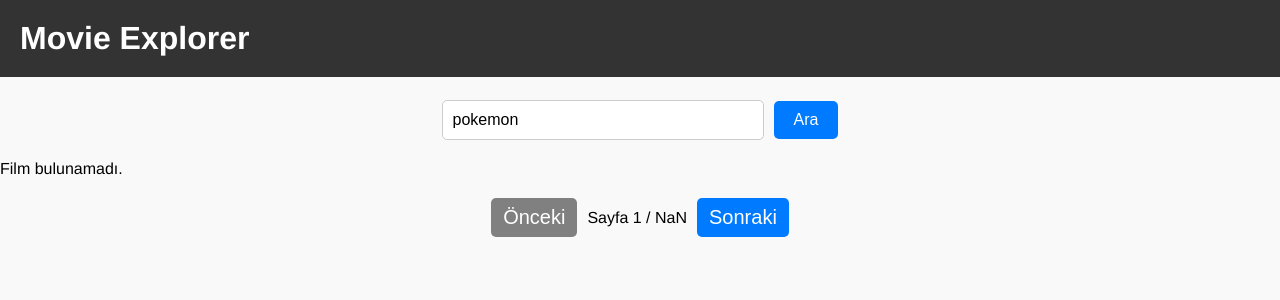
Repository: denizdizi/movie-explorer
Page: /
An editor plug-in stored every save of this project. The page is shown before and after the next save, followed by the edit.
The browser window is 1280 px wide. The pictures show the whole page.
The page's requests for data from a server got no answer. The project was rebuilt for these pictures with package versions that can differ from the ones it lists, and the page was loaded fresh each time. No one was signed in, and anything a server would have sent is missing. Also part of the build but not shown: src/App.css, src/components/MovieCard.js.

Above is the page before, as saved 2025-03-28 22:03:22.

### src/index.js
import React from 'react';
import ReactDOM from 'react-dom/client';
import './index.css';
import App from './App';
import reportWebVitals from './reportWebVitals';
import { Provider } from 'react-redux';
import store from "./store/store";

const root = ReactDOM.createRoot(document.getElementById('root'));
root.render(
  <Provider store={store}>
    <App />
  </Provider>
);

// If you want to start measuring performance in your app, pass a function
// to log results (for example: reportWebVitals(console.log))
// or send to an analytics endpoint. Learn more: https://bit.ly/CRA-vitals
reportWebVitals();

### src/App.js
import './App.css';
import React from "react";
import { BrowserRouter as Router, Routes, Route } from "react-router-dom";
import Home from "./pages/Home";
import "./styles/global.scss";

function App() {
  return (
    <Router>
      <Routes>
        <Route path="/" element={<Home />} />
        {/* <Route path="/movie/:id" element={<MovieDetails />} /> */}
      </Routes>
    </Router>
  );
}

export default App;

### src/store/store.js
import { createStore, applyMiddleware, combineReducers } from "redux";
import { thunk } from "redux-thunk";
import movieReducer from "./reducers";

const rootReducer = combineReducers({
  movies: movieReducer,
});

const store = createStore(rootReducer, applyMiddleware(thunk));

export default store;

### src/pages/Home.js
import React, { useEffect, useState } from "react";
import { useDispatch, useSelector } from "react-redux";
import { fetchMovies } from "../store/actions";
import { setPage } from "../store/actions";
import MovieList from "../components/MovieList";
import SearchBar from "../components/SearchBar";
import Pagination from "../components/Pagination";
import { TailSpin } from 'react-loader-spinner';

const Home = () => {
  const dispatch = useDispatch();
  const { movies } = useSelector((state) => state);

  useEffect(() => {
    console.log("Current page changed:", movies.currentPage);
    dispatch(fetchMovies("pokemon", movies.currentPage));
  }, [dispatch, movies.currentPage]);

  const handlePageChange = (newPage) => {
    dispatch(setPage(newPage));
  };

  return (
    <div>
      <h1 className="page-title">Movie Explorer</h1>
      <SearchBar/>
      {movies.loading && (
        <div className="loading-overlay">
          {/* TailSpin spinner'ını burada gösteriyoruz */}
          <TailSpin
            height="100"
            width="100"
            color="#00BFFF"
            ariaLabel='loading'
          />
        </div>
      )}
      {movies.error && <p>Hata: {movies.error}</p>}
      <MovieList movies={movies} />
      <Pagination
        currentPage={movies.currentPage}
        totalResults={movies.totalResults}
        onPageChange={handlePageChange}
      />
    </div>
  );
};

export default Home;

### src/styles/global.scss
body {
    padding-top: 80px;
    font-family: 'Franklin Gothic Medium', 'Arial Narrow', Arial, sans-serif;
    background-color: #f9f9f9;
}

.movie-list {
    justify-content: center;
}

.movie-line {
  display: flex;
  align-items: center;
  margin-bottom: 2em;
  background-color: #f9f9f9;
  gap: 2em;
  justify-content: center;
}

.movie-card {
  width: 200px; /* Kartın genişliği */
  height: 300px; /* Kartın yüksekliği */
  border-radius: 10px; /* Köşeleri yuvarlat */
  box-shadow: 0 4px 8px rgba(0, 0, 0, 0.2); /* Gölgelendirme */
  overflow: hidden; /* İçerik taşmasını engelle */
  background-color: #fff; /* Arka plan beyaz */
  display: flex;
  flex-direction: column; /* İçeriği dikey yerleştir */
  align-items: center;
  justify-content: flex-start; /* Başlık ve içerikler üst kısımda yer alsın */
  padding: 10px;
  border: 1px solid #ddd; /* Çerçeve */
}

.img-container {
  width: 100%; /* Konteynerin genişliği */
  height: 60%; /* Resmin yüksekliği */
  overflow: hidden;
  padding: 0; /* Paddingi sıfırlayın */
  display: flex;
  justify-content: center;
  align-items: center; /* Resmin ortalanması için */
  border-radius: 5px;
}

.img-container img {
  width: 100%;
  height: 100%;
  object-fit: cover; /* Resmi konteynere tam sığdır */
  object-position: center;
}

.movie-card h3 {
  margin-top: 10px;
  font-size: 16px;
  text-align: center;
}

@media (max-width: 700px) {
  .movie-line {
    flex-direction: column;
  }

  .img-container {
    height: 60%; /* Küçük ekranlarda img-container yüksekliğini azaltın */
  }
}

.search-bar {
    display: flex;
    align-items: center;
    justify-content: center;
    margin: 20px 0;
  }

  .input-wrapper {
    display: flex;
    position: relative;
  }

  .search-input {
    padding: 10px;
    font-size: 1rem;
    border-radius: 5px;
    border: 1px solid #ccc;
    width: 300px;
    transition: all 0.3s ease;
  }

  .search-input:focus {
    border-color: #007bff;
    outline: none;
  }

  .clear-btn {
    position: absolute;
    top: 50%;
    right: 10px;
    transform: translateY(-50%);
    background: none;
    border: none;
    font-size: 18px;
    color: #ccc;
    cursor: pointer;
    transition: color 0.3s;
  }

  .search-btn {
    padding: 10px 20px;
    background-color: #007bff;
    color: white;
    border: none;
    border-radius: 5px;
    cursor: pointer;
    margin-left: 10px;
    font-size: 1rem;
  }

  .search-btn:hover {
    background-color: #0056b3;
  }

  .page-title {
    background-color: #333; /* Başlık arkaplan rengini koyu gri yapıyoruz */
    color: #fff; /* Yazı rengini beyaz yapıyoruz */
    padding: 20px; /* Arka planın etrafına biraz boşluk ekliyoruz */
    font-size: 2em; /* Başlık boyutunu büyütüyoruz */
    position: fixed; /* Başlık sabitlenecek */
    top: 0; /* Başlık üstte olacak */
    left: 0; /* Başlık solda olacak */
    width: 100%; /* Başlık tam genişlikte olacak */
    z-index: 1000; /* Başlık, diğer içeriklerin üstünde yer alacak */
    margin-top: 0;
  }

  .loading-overlay {
    position: fixed;
    top: 0;
    left: 0;
    width: 100%;
    height: 100%;
    background-color: rgba(0, 0, 0, 0.5); /* Yarı saydam siyah arka plan */
    display: flex;
    justify-content: center;
    align-items: center;
    z-index: 9999; /* Diğer içeriklerin üstünde olmalı */
  }

  .pagination {
    display: flex;
    justify-content: center;
    align-items: center;
    gap: 10px;
    margin: 20px 0;

    button {
      padding: 8px 12px;
      font-size: 20px;
      cursor: pointer;
      border: none;
      background: #007bff;
      color: white;
      border-radius: 5px;

      &:disabled {
        background: gray;
        cursor: not-allowed;
      }
    }
  }

### src/store/reducers.js
import { SET_PAGE, FETCH_MOVIES_REQUEST, FETCH_MOVIES_SUCCESS, FETCH_MOVIES_FAILURE } from "./actions";

const initialState = {
  movies: [],
  totalResults: "0",
  currentPage: 1,
  loading: false,
  error: null,
};

const movieReducer = (state = initialState, action) => {
  switch (action.type) {
    case SET_PAGE:
      return {
        ...state,
        currentPage: action.payload,
      };
    case FETCH_MOVIES_REQUEST:
      return { ...state, loading: true };
    case FETCH_MOVIES_SUCCESS:
      return { ...state, loading: false, movies: action.payload.movies, totalResults: action.payload.totalResults };
    case FETCH_MOVIES_FAILURE:
      return { ...state, loading: false, error: action.payload };
    default:
      return state;
  }
};

export default movieReducer;

### src/store/actions.js
import { searchMovies } from "../utils/api";

export const FETCH_MOVIES_REQUEST = "FETCH_MOVIES_REQUEST";
export const FETCH_MOVIES_SUCCESS = "FETCH_MOVIES_SUCCESS";
export const FETCH_MOVIES_FAILURE = "FETCH_MOVIES_FAILURE";

export const fetchMovies = (query = "pokemon", page = 1) => async (dispatch) => {
  dispatch({ type: FETCH_MOVIES_REQUEST });

  try {
    const data = await searchMovies(query, page);
    dispatch({ type: FETCH_MOVIES_SUCCESS, payload: {movies: data.Search, totalResults: data.totalResults} });
  } catch (error) {
    dispatch({ type: FETCH_MOVIES_FAILURE, payload: error.message });
  }
};

export const SET_PAGE = "SET_PAGE";

export const setPage = (page) => ({
  type: SET_PAGE,
  payload: page,
});

### src/components/MovieList.js
import React from "react";
import MovieCard from "./MovieCard";

const MovieList = ({ movies }) => {
  if (!movies || !movies.movies || movies.movies.length === 0) {
    return <p>Film bulunamadı.</p>;
  }

  return (
    <div className="movie-list">
      <div className="row movie-line">
        {movies.movies.slice(0, 5).map((movie) => (
          <MovieCard key={movie.imdbID} movie={movie} />
        ))}
      </div>
      <div className="row movie-line">
        {movies.movies.slice(5, 10).map((movie) => (
          <MovieCard key={movie.imdbID} movie={movie} />
        ))}
      </div>
    </div>
  );
};

export default MovieList;

### src/components/SearchBar.js
import React, { useState } from "react";
import { useDispatch } from "react-redux";
import { fetchMovies } from "../store/actions";

const SearchBar = () => {
  const [query, setQuery] = useState("pokemon");
  const dispatch = useDispatch();

  const handleSearch = (e) => {
    e.preventDefault();
    if (query.trim() !== "") {
      dispatch(fetchMovies(query, 1));
    }
  };

  return (
    <form onSubmit={handleSearch} className="search-bar">
      <div className="input-wrapper">
        <input
          type="text"
          placeholder="Film ara..."
          value={query}
          onChange={(e) => setQuery(e.target.value)}
          className="search-input"
        />
      </div>
      <button type="submit" className="search-btn">
        Ara
      </button>
    </form>
  );
};

export default SearchBar;

### src/components/Pagination.js
import React from "react";

const Pagination = ({currentPage, totalResults, onPageChange}) => {
  const totalPages = Math.ceil(totalResults / 10);

  const handleNext = () => {
    if (currentPage < totalPages) {
      onPageChange(currentPage + 1);
    }
  };

  const handlePrev = () => {
    if (currentPage > 1) {
      onPageChange(currentPage - 1);
    }
  };

  return (
    <div className="pagination">
      <button onClick={handlePrev} disabled={currentPage === 1}>
        Önceki
      </button>
      <span>Sayfa {currentPage} / {totalPages}</span>
      <button onClick={handleNext} disabled={currentPage === totalPages}>
        Sonraki
      </button>
    </div>
  );
};

export default Pagination;

### src/utils/api.js
import axios from "axios";

const API_KEY = "df54e6ed";
const BASE_URL = "https://www.omdbapi.com/";

export const searchMovies = async (text = "pokemon", page = 1) => {
  try {
    const response = await axios.get(BASE_URL, {
      params: {
        apikey: API_KEY,
        s: text,
        page: page,
      },
    });
    return response.data;
  } catch (error) {
    console.error("Film arama hatası:", error);
    return [];
  }
};

export const getMovieDetails = async (movieID) => {
  try {
    const response = await axios.get(BASE_URL, {
      params: {
        apikey: API_KEY,
        i: movieID,
      },
    });
    return response.data;
  } catch (error) {
    console.error("Film detaylarını getirme hatası:", error);
    return null;
  }
};

Loaded but not shown: public/index.html (common file); src/index.css (common file); src/reportWebVitals.js (common file); src/styles/movie.scss (no stored copy; drawn as an empty file)

After the next save:
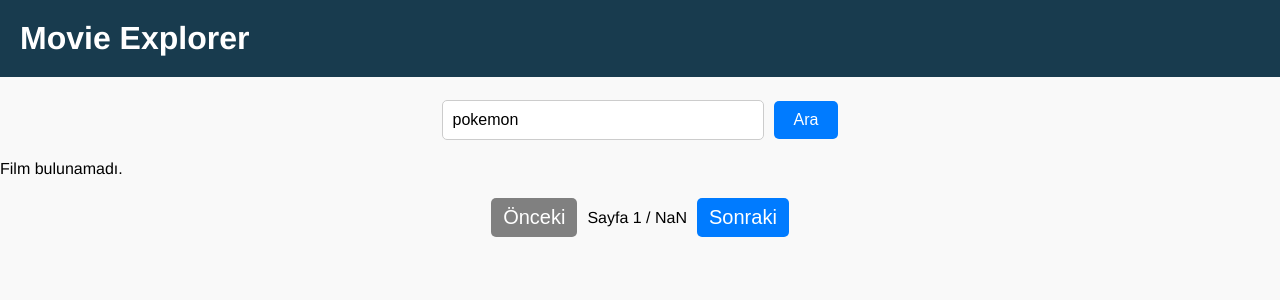
Saved 15 s later.
--- a/src/styles/global.scss
+++ b/src/styles/global.scss
@@ -121,7 +121,7 @@ body {
   }
 
   .page-title {
-    background-color: #333; /* Başlık arkaplan rengini koyu gri yapıyoruz */
+    background-color: #183B4E; /* Başlık arkaplan rengini koyu gri yapıyoruz */
     color: #fff; /* Yazı rengini beyaz yapıyoruz */
     padding: 20px; /* Arka planın etrafına biraz boşluk ekliyoruz */
     font-size: 2em; /* Başlık boyutunu büyütüyoruz */
